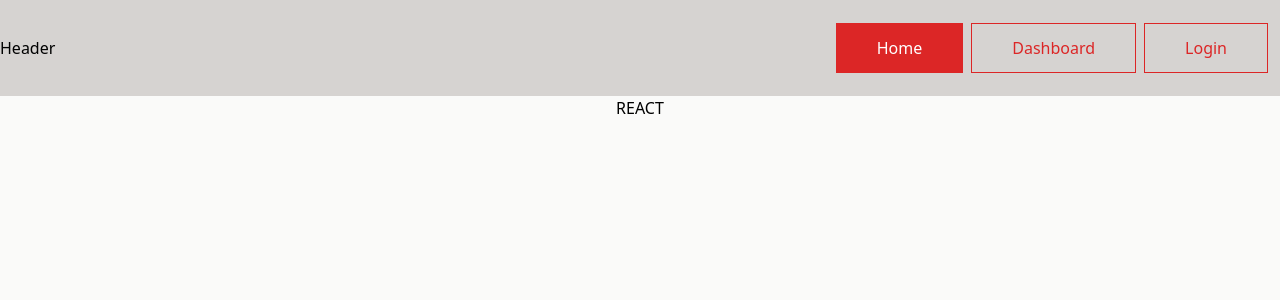
Repository: XavierOtavio/Cuzinhas
Page: /
These files come from the project's save history. The page is drawn as it stood at one moment and after the next save; the edit follows.
The browser window is 1280 px wide. The pictures show the whole page.
The project was rebuilt for these pictures with package versions that can differ from the ones it lists, and the page was loaded fresh each time. Also part of the build but not shown: src/components/Dashboard.js.

Above is the page before, as saved 2023-03-08 12:29:11.

### src/App.js
import { BrowserRouter, Route, Routes } from "react-router-dom";
import logo from "./logo.svg";
import "./App.css";
import Header from "./components/Header";
import Dashboard from "./components/Dashboard";

function App() {
  return (
    <div className="App">
      <Routes>
        <Route
          path="/"
          element={
            <div className="bg-stone-50 h-screen">
              <Header />
              REACT
            </div>
          }
        />
        <Route path="/dashboard" element={<Dashboard />} />
      </Routes>
    </div>
  );
}

export default App;

### src/components/Header.js
import React from "react";
import { Link } from "react-router-dom";

function Header() {
  return (
    <div className="bg-stone-300 h-24 justify-center items-center flex">
      <h1>Header</h1>
      <div className="w-full flex align-baseline justify-end ml-2 mr-3">
        <Link to="/">
          <button class="block border border-red-600 bg-red-600 px-10 py-3 text-white ml-2 font-medium">
            Home
          </button>
        </Link>
        <Link to="/dashboard">
          <button class="block border border-red-600 bg-stone-300 px-10 py-3 text-red-600 ml-2 font-medium">
            Dashboard
          </button>
        </Link>
        <Link to="/login">
          <button class="block border border-red-600 rou bg-stone-300 px-10 py-3 text-red-600 ml-2 font-medium">
            Login
          </button>
        </Link>
      </div>
    </div>
  );
}

export default Header;

Loaded but not shown: public/index.html (common file); src/index.js (common file); src/index.css (common file); src/reportWebVitals.js (common file); src/App.css (common file); tailwind.config.js (common file)

After the next save:
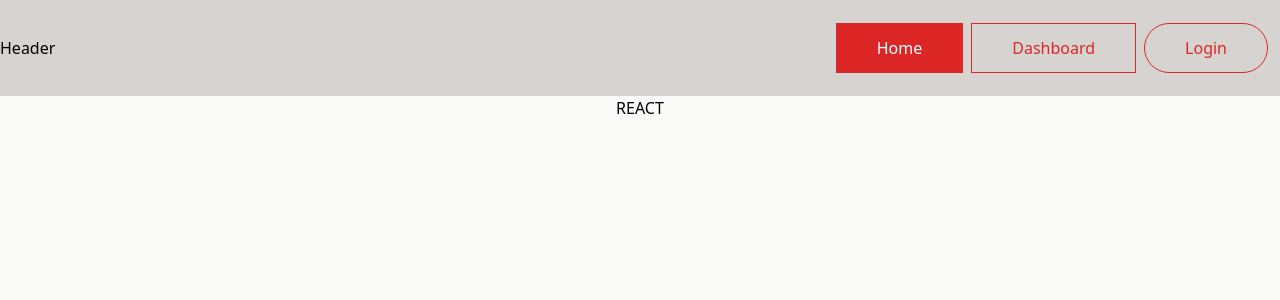
Saved 8 s later.
--- a/src/components/Header.js
+++ b/src/components/Header.js
@@ -17,7 +17,7 @@ function Header() {
           </button>
         </Link>
         <Link to="/login">
-          <button class="block border border-red-600 rou bg-stone-300 px-10 py-3 text-red-600 ml-2 font-medium">
+          <button class="block border border-red-600 rounded-full bg-stone-300 px-10 py-3 text-red-600 ml-2 font-medium">
             Login
           </button>
         </Link>
